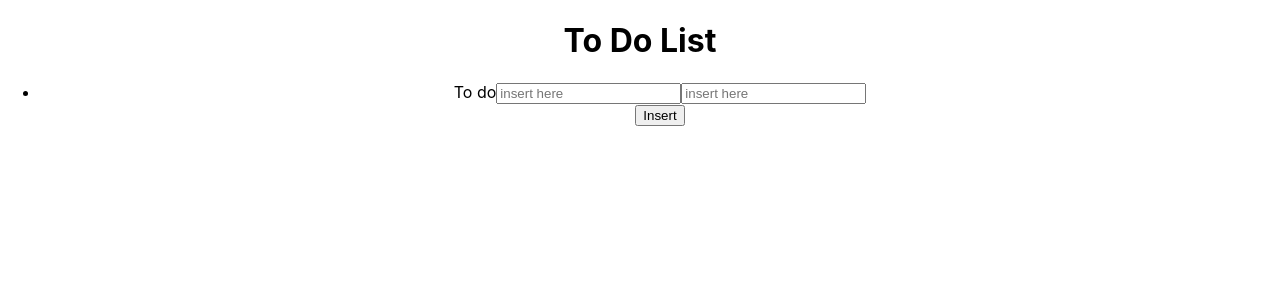
Repository: runner855/Todolist
Page: /
The author's editor kept a copy of each file at every save. The page is drawn from the files as they stood at one save, then again after the next save.
The browser window is 1280 px wide. The pictures show the whole page.
The project was rebuilt for these pictures with package versions that can differ from the ones it lists, and the page was loaded fresh each time.

Above is the page before, as saved 2021-03-29 15:16:15.

### src/App.js
import "./App.css";

function App() {
  return (
    <div className="App">
      <h1>To Do List</h1>
      <ul>
        <li>
          To do
          <input
            label="todo"
            placeholder="insert here"
            name="first task"
          ></input>
          <input placeholder="insert here" name="first task"></input>
          <br></br>
          <button> Insert</button>
        </li>
      </ul>
    </div>
  );
}

export default App;

Loaded but not shown: public/index.html (common file); src/index.js (common file); src/index.css (common file); src/App.css (common file)

After the next save:
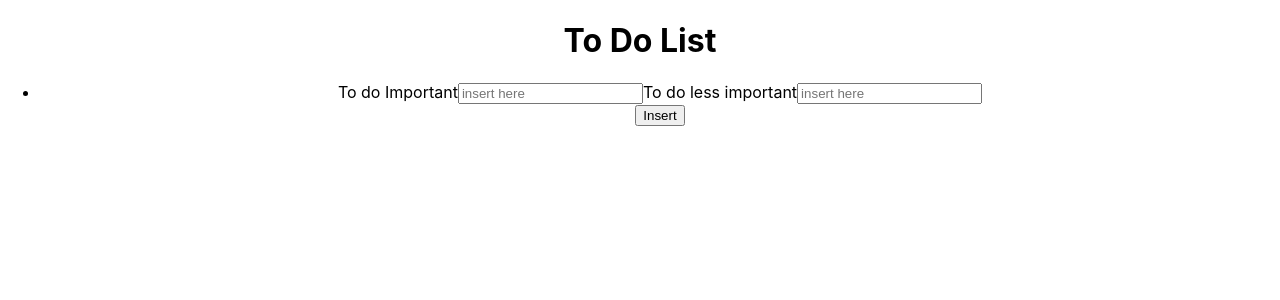
Saved 43 s later.
--- a/src/App.js
+++ b/src/App.js
@@ -6,12 +6,13 @@ function App() {
       <h1>To Do List</h1>
       <ul>
         <li>
-          To do
+          To do Important
           <input
             label="todo"
             placeholder="insert here"
             name="first task"
           ></input>
+          To do less important
           <input placeholder="insert here" name="first task"></input>
           <br></br>
           <button> Insert</button>
